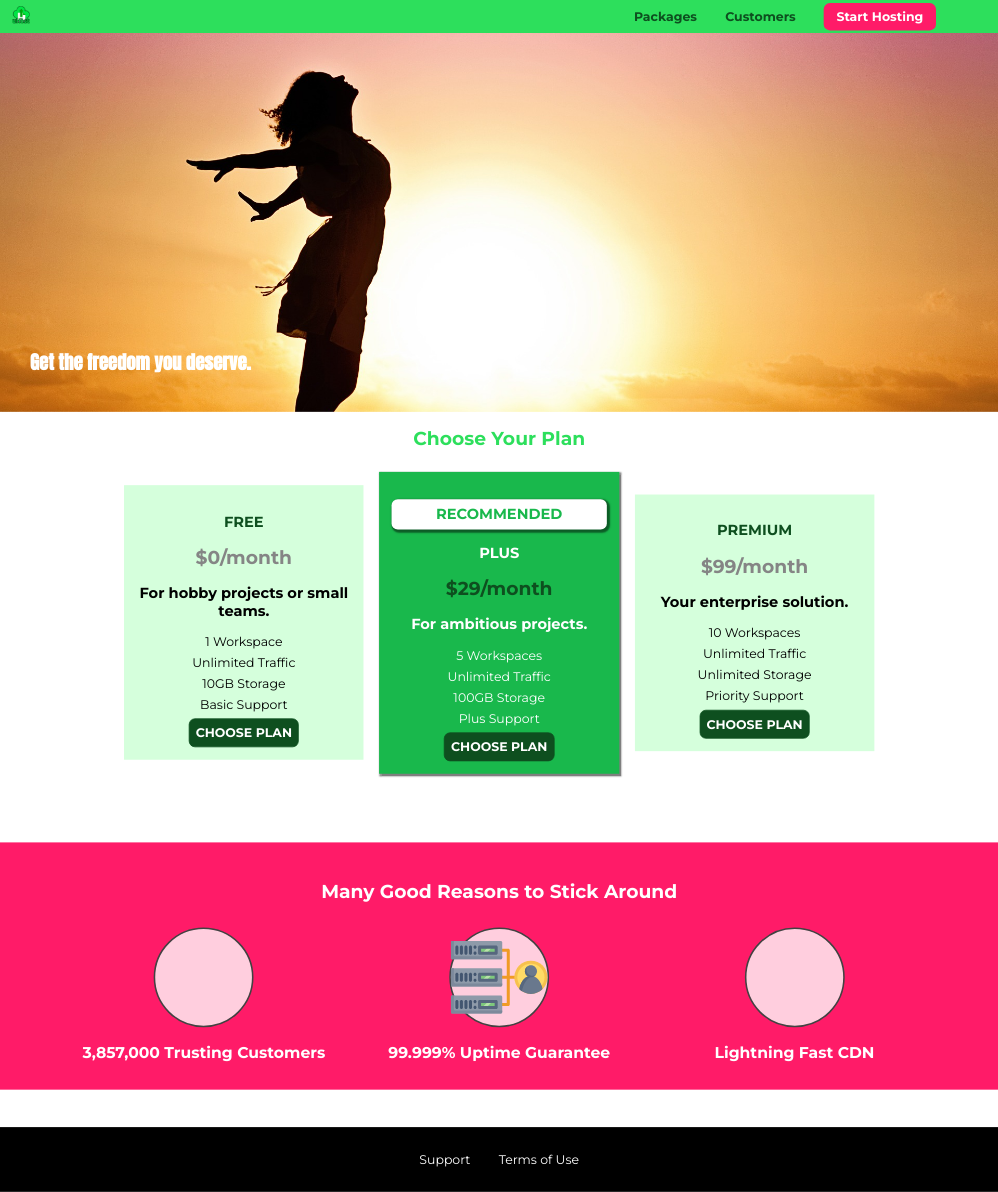
Repository: Nowacki97PL/UdemyCSS
Page: index.html
The author's editor kept a copy of each file at every save. The page is drawn from the files as they stood at one save, then again after a run of saves.
The browser window is 1280 px wide. The pictures show the whole page, at 78% of full size.

Above is the page before, as saved 2023-11-12 14:05:54.

After the next 2 saves:
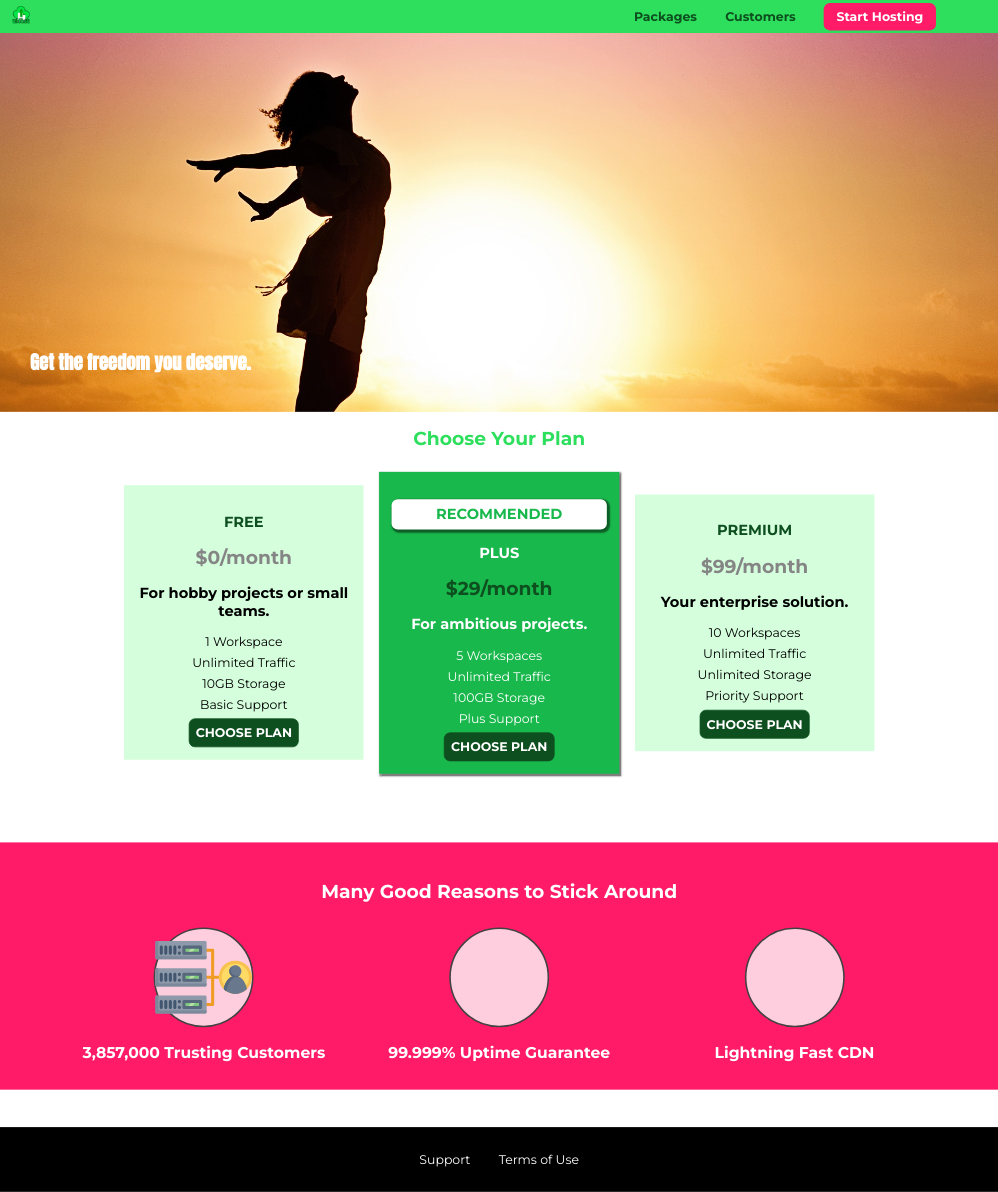
The 2 saves are shown as one change because they came seconds apart.
The last was saved 54 s later.
--- a/index.html
+++ b/index.html
@@ -90,12 +90,6 @@
             <ul class="key-feature__list">
                 <li class="key-feature">
                     <div class="key-feature__image">
-
-                    </div>
-                    <p class="key-feature__description">3,857,000 Trusting Customers</p>
-                </li>
-                <li class="key-feature">
-                    <div class="key-feature__image">
                         <svg viewBox="0 0 512 512">
                             <path style="fill:#F09B24;" d="M344,248h-32V112c0-4.418-3.582-8-8-8h-40c-4.418,0-8,3.582-8,8s3.582,8,8,8h32v128h-32  c-4.418,0-8,3.582-8,8s3.582,8,8,8h32v128h-32c-4.418,0-8,3.582-8,8s3.582,8,8,8h40c4.418,0,8-3.582,8-8V264h32c4.418,0,8-3.582,8-8  S348.418,248,344,248z"
                             />
@@ -185,6 +179,12 @@
                             />
 
                         </svg>
+
+                    </div>
+                    <p class="key-feature__description">3,857,000 Trusting Customers</p>
+                </li>
+                <li class="key-feature">
+                    <div class="key-feature__image">
 
                     </div>
                     <p class="key-feature__description">99.999% Uptime Guarantee</p>
